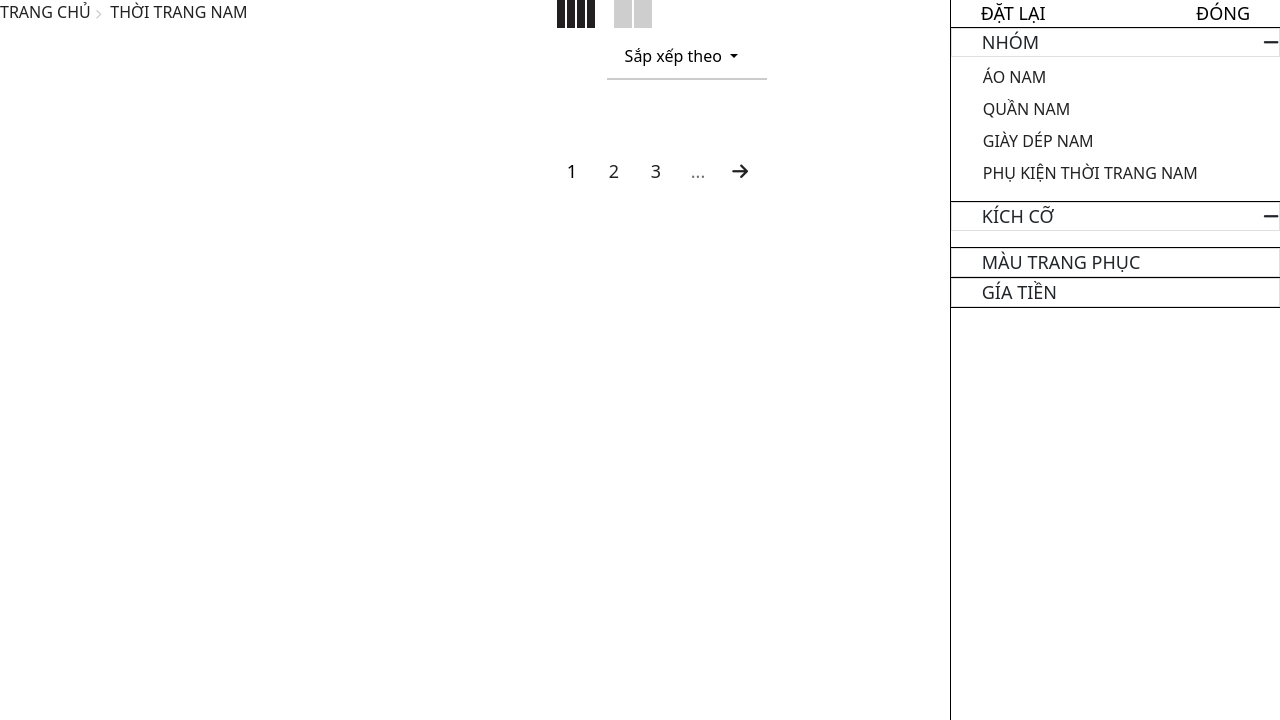
Repository: NguyenQuangQuan021099/FE_Page-Male
Page: index.html
The author's editor kept a copy of each file at every save. The page is drawn from the files as they stood at one save, then again after the next save.
The browser window is 1280 px wide. The pictures show the whole page.
After loading, the first visible `button.list-group-item` was clicked once.
The page's requests for data from a server got no answer. Some web libraries are served in a nearby version.

Above is the page before, as saved 2021-07-08 10:58:06.

After the next save:
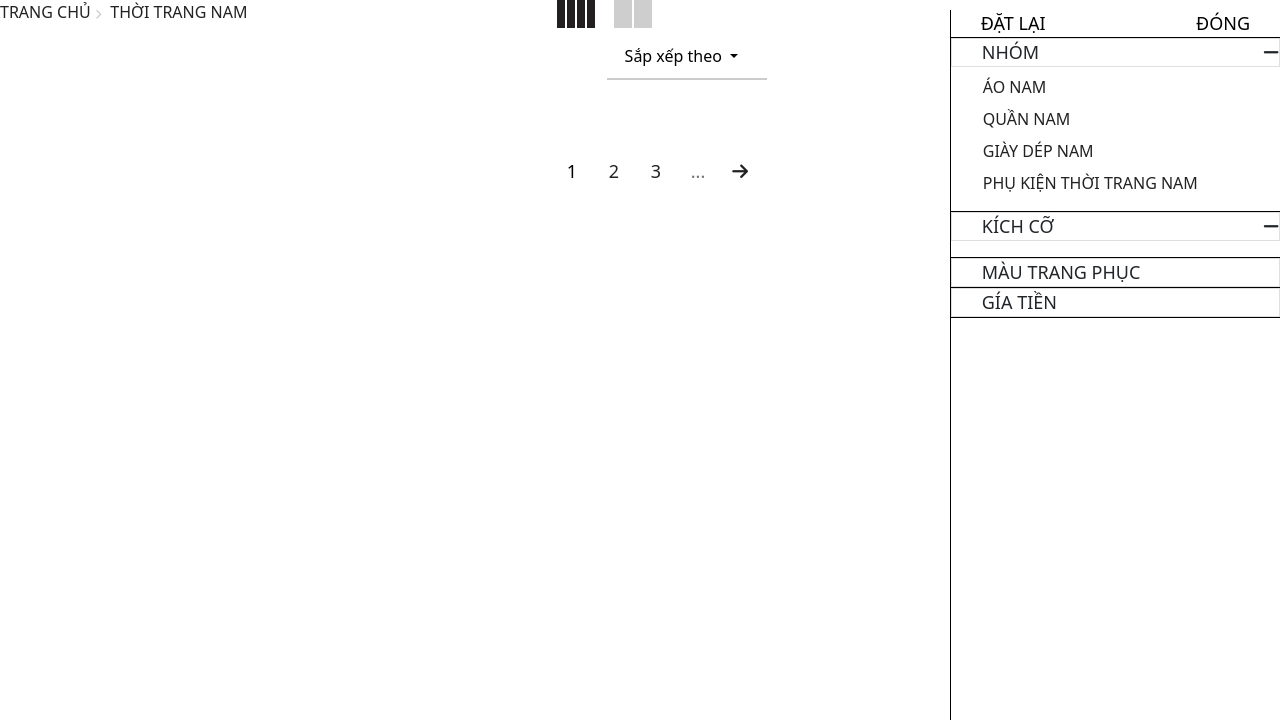
Saved 45 s later.
--- a/style.css
+++ b/style.css
@@ -106,7 +106,7 @@
     width: 25.8%;
     height: 100%;
     position: fixed;
-    top: 0;
+    top: 1;
     display: none;
     right: 0;
     z-index: 2;

After the save that followed:
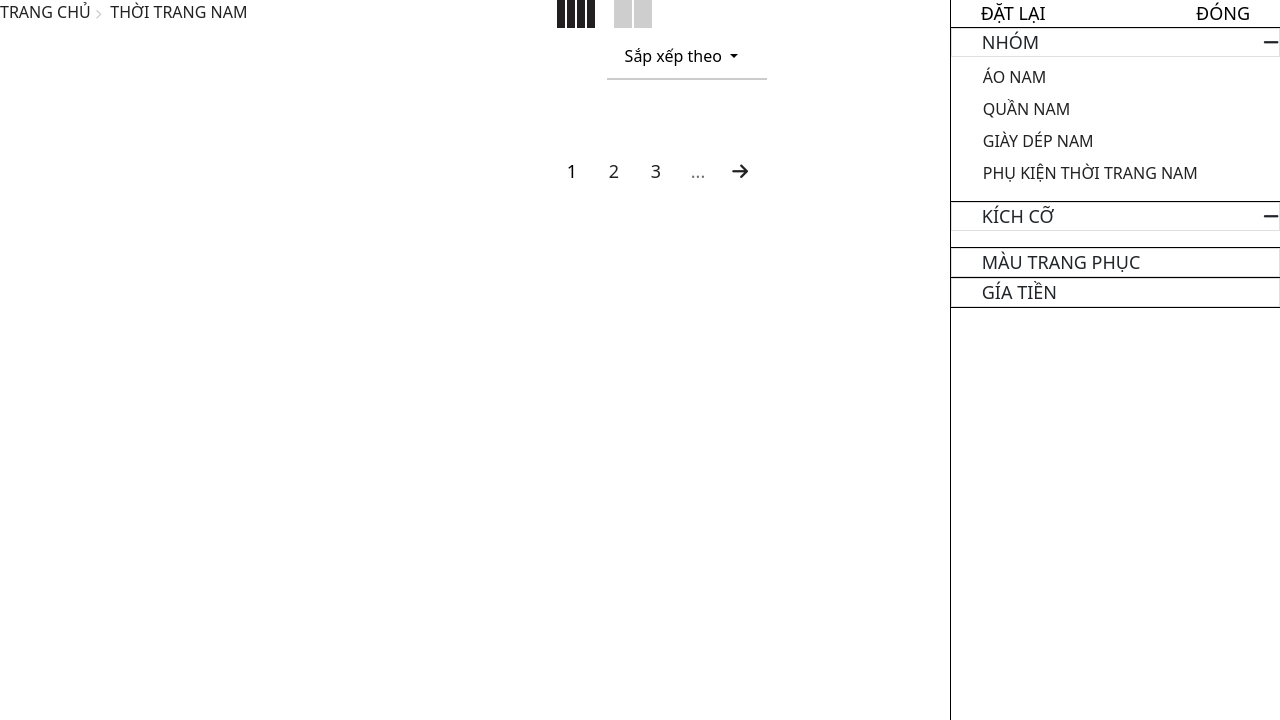
Saved 5 s later.
--- a/style.css
+++ b/style.css
@@ -106,7 +106,7 @@
     width: 25.8%;
     height: 100%;
     position: fixed;
-    top: 1;
+    top: 0;
     display: none;
     right: 0;
     z-index: 2;
